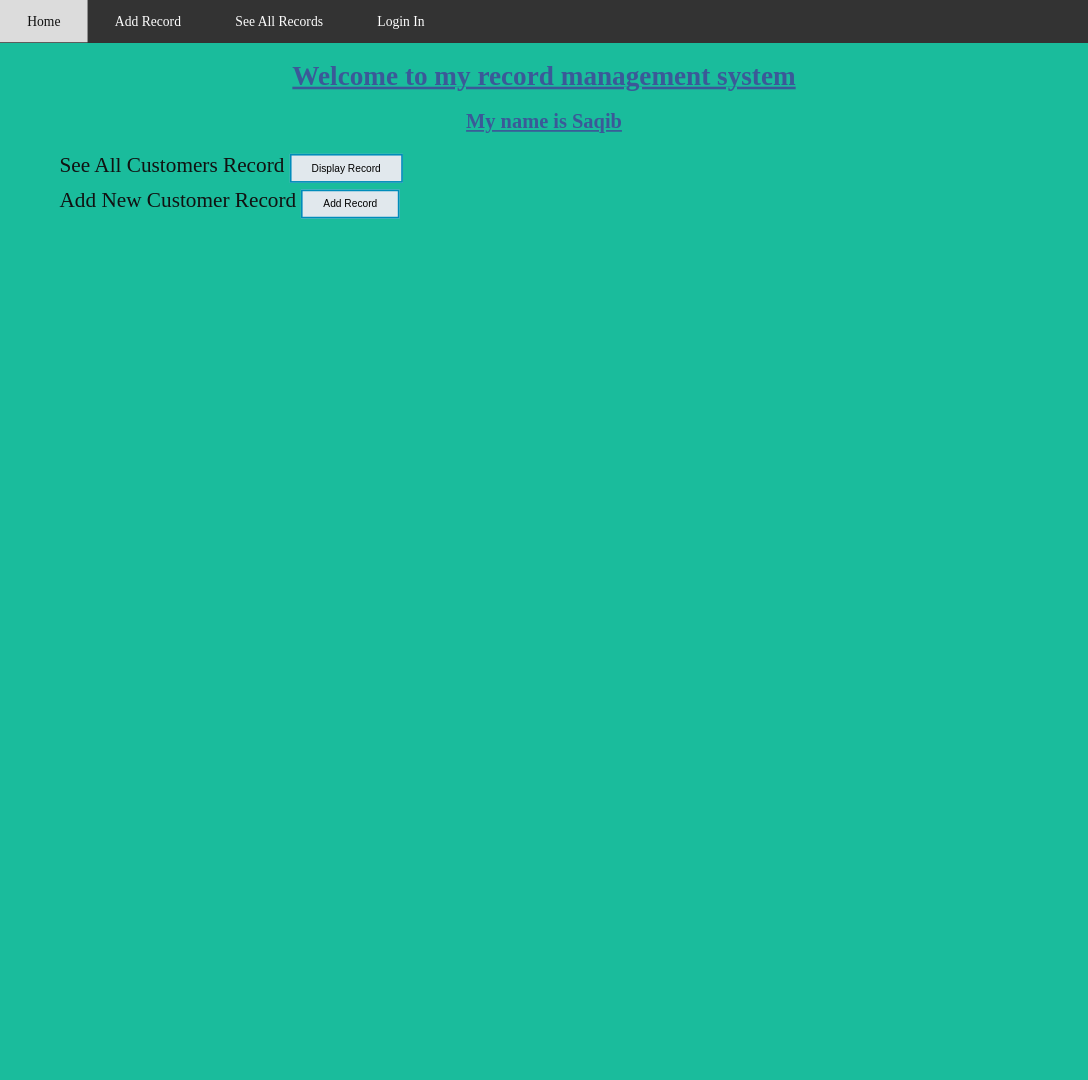
Repository: MUHAMMAD-SAQIB-2000/SpringBoot
Page: http://localhost/WebServiceRecordManagementSystem/home.jsp
An editor plug-in stored every save of this project. The page is shown before and after the next save, followed by the edit.
The browser window is 1280 px wide. The pictures show the whole page, at 85% of full size.
The page is served by Tomcat 9.

Above is the page before, as saved 2020-08-12 13:25:44.

After the next save:
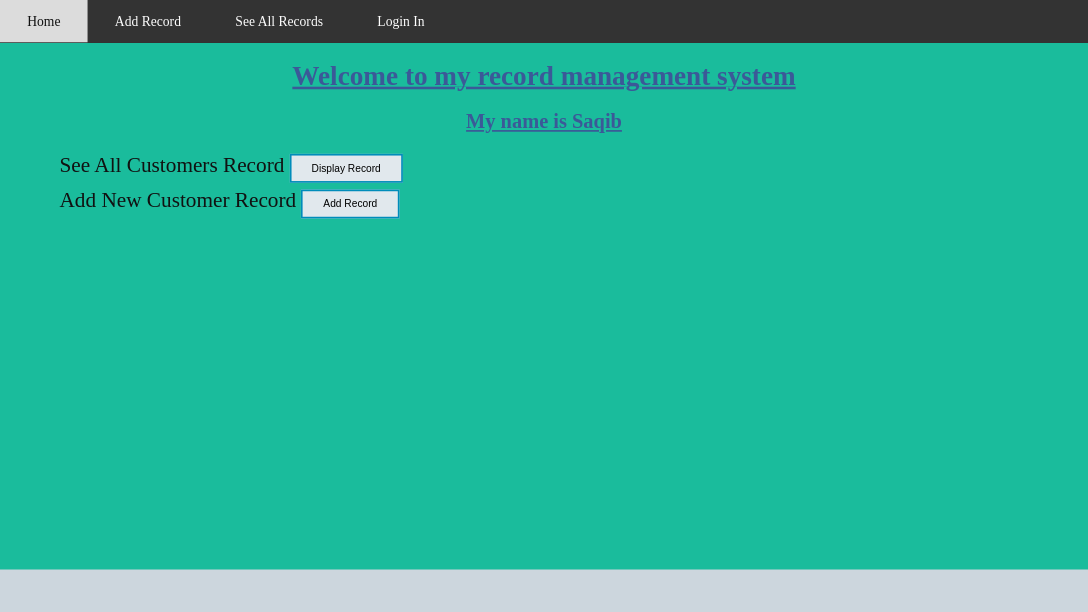
Saved 41 s later.
--- a/WebServiceRecordManagementSystem/src/main/webapp/style.css
+++ b/WebServiceRecordManagementSystem/src/main/webapp/style.css
@@ -42,7 +42,7 @@ li a:hover {
 	padding:20px;
 	margin-top:30px;
 	background-color:#1abc9c;
-	height:1200px;
+	height:600px;
 }
 
 .h {
